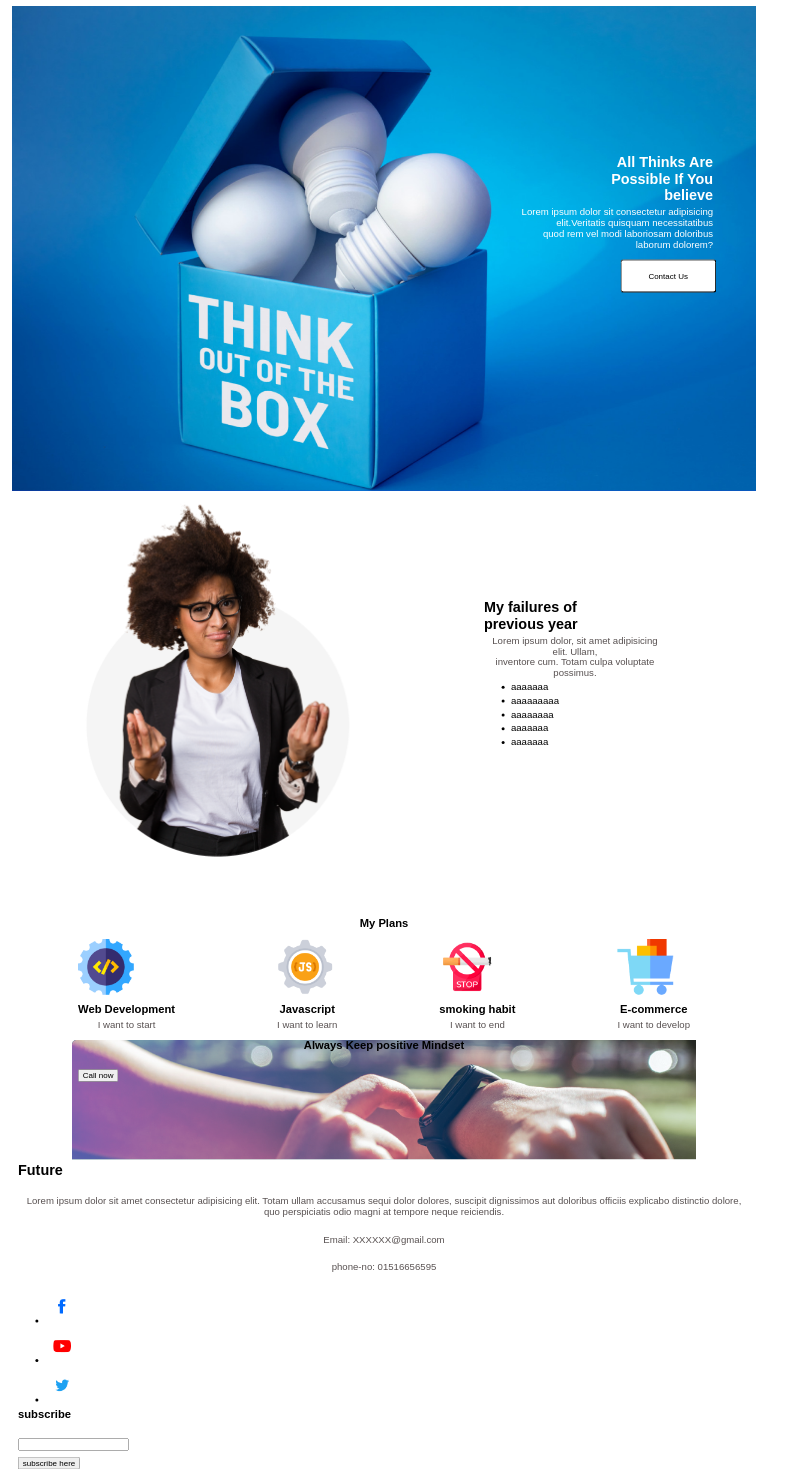
Repository: sadiaafsana138/All-Thinks-Are-Possible-Website
Page: index.html
An editor plug-in stored every save of this project. The page is shown before and after the next save, followed by the edit.
The browser window is 1280 px wide. The page is 1344 px wide, so the pictures cover 1344 px, including what lies to the right of the window. The pictures show the whole page, at 60% of full size.

Above is the page before, as saved 2023-01-08 11:32:40.

After the next save:
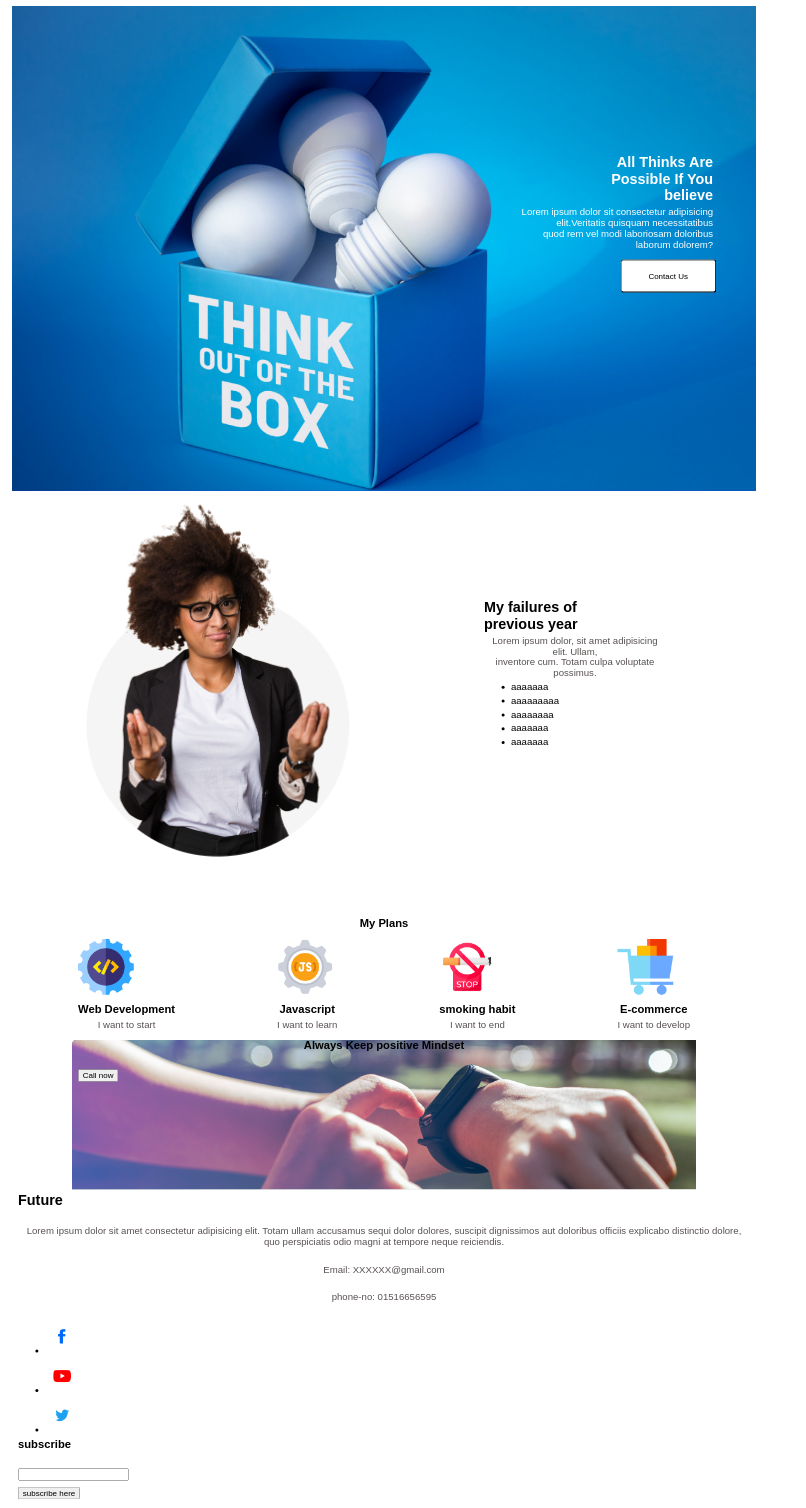
Saved 40 s later.
--- a/styles/web.css
+++ b/styles/web.css
@@ -76,5 +76,5 @@ p{
     background-image: url(../images/gradient1.png) ,url(../images/watch.png);
     background-repeat: no-repeat, repeat;
     background-blend-mode: lighten;
-    height: 200px;
+    height: 250px;
 }
